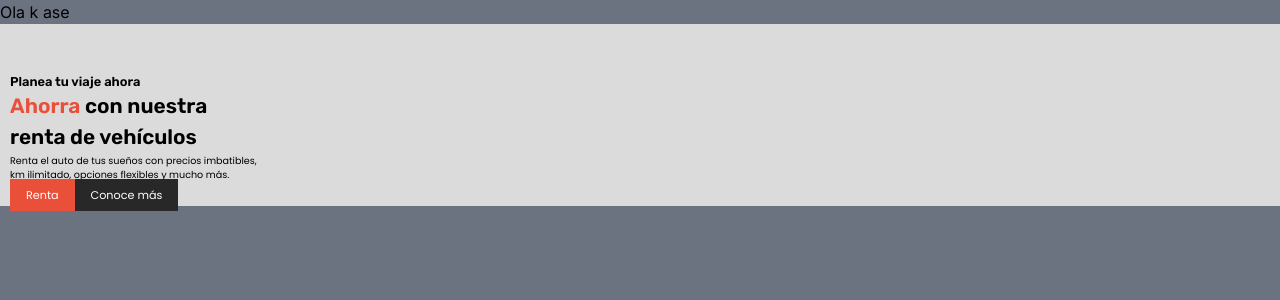
Repository: aldovelacasas/PF_RentCar2
Page: /homePage
An editor plug-in stored every save of this project. The page is shown before and after the next save, followed by the edit.
The browser window is 1280 px wide. The pictures show the whole page.
The project was rebuilt for these pictures with package versions that can differ from the ones it lists, and the page was loaded fresh each time. The framework's server and built-in components were replaced by stand-ins that run in the browser. Also part of the build but not shown: next.config.js.

Above is the page before, as saved 2023-08-29 19:14:21.

After the next save:
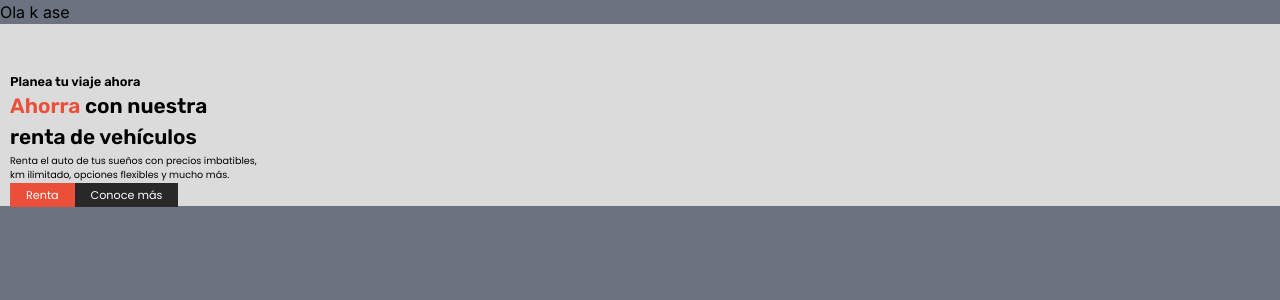
Saved 6 s later.
--- a/src/app/homePage/page.jsx
+++ b/src/app/homePage/page.jsx
@@ -31,12 +31,12 @@ function HomePage() {
         <div>
           <a
             href="#form"
-            className={`bg-naranja_enf text-white text-[0.7em] px-4 py-2 ${poppins}`}>
+            className={`bg-naranja_enf text-white text-[0.7em] px-4 py-1 ${poppins}`}>
             Renta
           </a>
           <a
             href="#form"
-            className={`bg-negro_fondo text-white text-[0.7em] px-4 py-2 ${poppins}`}>
+            className={`bg-negro_fondo text-white text-[0.7em] px-4 py-1 ${poppins}`}>
             Conoce más
           </a>
         </div>
